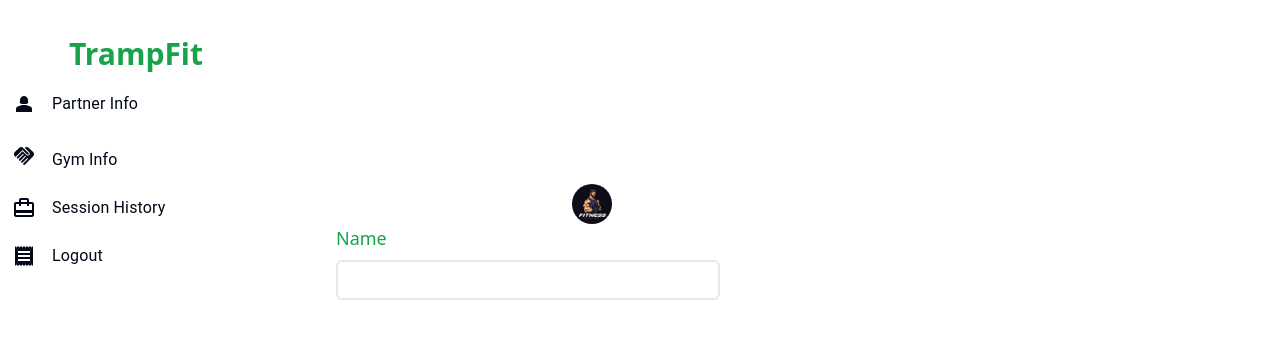
Repository: ezioxatul/TrampFit-Website
Page: /partner/partnerDashboard/gymInfo (app in Frontend/)
These files come from the project's save history. The page is drawn as it stood at one moment and after the next save; the edit follows.
The browser window is 1280 px wide. The pictures show the whole page.
The project was rebuilt for these pictures with package versions that can differ from the ones it lists, and the page was loaded fresh each time. The framework's server and built-in components were replaced by stand-ins that run in the browser. Also part of the build but not shown: Frontend/next.config.js, Frontend/next.config.mjs, Frontend/components/Loader.js, Frontend/components/Popup.js.

Above is the page before, as saved 2024-05-16 18:26:43.

### Frontend/pages/_app.js
import Loader from "@/components/Loader";
import "@/styles/globals.css";
import { useRouter } from "next/router";
import { useEffect, useState } from "react";


const Loading = () => {

  return (
    <Loader/>
  );
}

export default function App({ Component, pageProps }) {

  const [loading, setLoading] = useState(false);
  const router = useRouter();

  useEffect(() => {
    const handleStart = () => setLoading(true);
    const handleComplete = () => setLoading(false);

    router.events.on('routeChangeStart', handleStart);
    router.events.on('routeChangeComplete', handleComplete);
    router.events.on('routeChangeError', handleComplete);

    return () => {
      router.events.off('routeChangeStart', handleStart);
      router.events.off('routeChangeComplete', handleComplete);
      router.events.off('routeChangeError', handleComplete);
    };
  }, []);

  return (
    <>
    <div className="h-2">
      {
        loading  &&
          <Loading />

      }
      </div>
          <Component {...pageProps} />

    </>
  );
}

### Frontend/pages/_document.js
import { Html, Head, Main, NextScript } from "next/document";

export default function Document() {
  return (
    <Html lang="en">
          <Head />
          <body>
            <Main />
            <NextScript />
          </body>
        </Html>
        );
}

### Frontend/pages/partner/partnerDashboard/gymInfo.js
import PartnerSideBar from "@/components/PartnerSideBar";
import { Input } from "@/components/ui/input";
import { Avatar } from "@mui/material";
import { Label } from "@/components/ui/label";

export default function gymInfo() {
    const inputClassName = "w-96 text-lg border-2";
    const labelClassName = "text-lg text-green-600 font-normal";
    const containerClassName = "ml-80";
  return (
    <>
      <div className="flex">
        <PartnerSideBar />
        <div className="mt-32 ml-16">
        <Avatar className="w-36 mx-auto mt-12 h-36 text-6xl bg-black" src="/gymname.png" />
        <div className="mr-32 space-y-2">
          <Label htmlFor="name" className={labelClassName}>
            Name
          </Label>
          <Input type="text" className={inputClassName} />
        </div>
      </div>
      </div>
    </>
  );
}

### Frontend/styles/globals.css
@tailwind base;
@tailwind components;
@tailwind utilities;


@layer base {
  :root {
    --background: 0 0% 100%;
    --foreground: 222.2 84% 4.9%;

    --card: 0 0% 100%;
    --card-foreground: 222.2 84% 4.9%;

    --popover: 0 0% 100%;
    --popover-foreground: 222.2 84% 4.9%;

    --primary: 222.2 47.4% 11.2%;
    --primary-foreground: 210 40% 98%;

    --secondary: 210 40% 96.1%;
    --secondary-foreground: 222.2 47.4% 11.2%;

    --muted: 210 40% 96.1%;
    --muted-foreground: 215.4 16.3% 46.9%;

    --accent: 210 40% 96.1%;
    --accent-foreground: 222.2 47.4% 11.2%;

    --destructive: 0 84.2% 60.2%;
    --destructive-foreground: 210 40% 98%;

    --border: 214.3 31.8% 91.4%;
    --input: 214.3 31.8% 91.4%;
    --ring: 222.2 84% 4.9%;

    --radius: 0.5rem;
  }

  .dark {
    --background: 222.2 84% 4.9%;
    --foreground: 210 40% 98%;

    --card: 222.2 84% 4.9%;
    --card-foreground: 210 40% 98%;

    --popover: 222.2 84% 4.9%;
    --popover-foreground: 210 40% 98%;

    --primary: 210 40% 98%;
    --primary-foreground: 222.2 47.4% 11.2%;

    --secondary: 217.2 32.6% 17.5%;
    --secondary-foreground: 210 40% 98%;

    --muted: 217.2 32.6% 17.5%;
    --muted-foreground: 215 20.2% 65.1%;

    --accent: 217.2 32.6% 17.5%;
    --accent-foreground: 210 40% 98%;

    --destructive: 0 62.8% 30.6%;
    --destructive-foreground: 210 40% 98%;

    --border: 217.2 32.6% 17.5%;
    --input: 217.2 32.6% 17.5%;
    --ring: 212.7 26.8% 83.9%;
  }
}

@layer base {
  * {
    @apply border-border;
  }
  body {
    @apply bg-background text-foreground;
  }
}


.outline_remove:focus{


}
.focus-visible\:ring-offset-2:focus-visible{
  border:none !important;
  outline: none !important;
  border-style: none;
}

### Frontend/components/PartnerSideBar.js
import List from '@mui/material/List';
import ListItemButton from '@mui/material/ListItemButton';
import ListItemText from '@mui/material/ListItemText';
import Person2Icon from '@mui/icons-material/Person2';
import HandshakeIcon from '@mui/icons-material/Handshake';
import CardTravelIcon from '@mui/icons-material/CardTravel';
import ReceiptIcon from '@mui/icons-material/Receipt';
import LogoutIcon from '@mui/icons-material/Logout';

import { useState } from 'react';
import Link from 'next/link';
import Popup from './Popup';
import { useRouter } from 'next/router';

export default function PartnerSideBar() {

    let SideBarHeading = ['Partner Info', 'Gym Info', 'Session History', 'Logout'];

    let router = useRouter();
    let [start, setStart] = useState(false);

    const logout = () => {
        setStart(!start);
    }


    const logoutEvent = () => {
        localStorage.removeItem('partnerToken');
        setStart(false);
        router.push('/partner/partnerLogin')
    }
    return (
        <>
            <div className=" w-72  m-[-8px] p-1  mb-10">
                <Link href="#"><h1 className=' text-green-600 text-3xl font-semibold text-center mt-8 cursor-pointer'>TrampFit</h1></Link>

                <List className='bg-white mt-8 ml-6 space-y-2'>
                    {
                        SideBarHeading.map((text, index) => {
                            return (
                                index === 1 ?
                                    <>

                                        <ListItemButton className=' space-x-4 flex justify-between hover:bg-green-100 hover:rounded-2xl hover:text-green-600'>
                                            <Link href="/partner/partnerDashboard/gymInfo" className='flex space-x-4 '>
                                                <HandshakeIcon className='text-2xl' />
                                                <ListItemText primary={text} />
                                            </Link>
                                        </ListItemButton>

                                    </> :
                                    index === 0 ?
                                        <Link href="/partner/partnerDashboard/partnerInfo">
                                            <ListItemButton className=' space-x-4 hover:bg-green-100 hover:rounded-2xl hover:text-green-600'>
                                                <Person2Icon className='text-2xl' />
                                                <ListItemText primary={text} />
                                            </ListItemButton>
                                        </Link> :
                                        index === 2 ?
                                            <Link href="#">
                                                <ListItemButton className=' space-x-4 hover:bg-green-100 hover:rounded-2xl hover:text-green-600'>
                                                    <CardTravelIcon className='text-2xl' />
                                                    <ListItemText primary={text} />
                                                </ListItemButton>
                                            </Link> :
                                            index === 3 ?
                                                <Link href="#">
                                                    <ListItemButton className=' space-x-4 hover:bg-green-100 hover:rounded-2xl hover:text-green-600'>
                                                        <ReceiptIcon className='text-2xl' />
                                                        <ListItemText primary={text} />
                                                    </ListItemButton>
                                                </Link> :
                                                <ListItemButton className=' space-x-4 hover:bg-green-100 hover:rounded-2xl hover:text-green-600' onClick={logout}>
                                                    <LogoutIcon className='text-2xl' />
                                                    <ListItemText primary={text} />
                                                    <Popup open={start} title={"Do you Really want to Logout?"} cancel="Cancel" logout="Logout" logoutEvent={logoutEvent} cancelEvent={logout} />
                                                </ListItemButton>
                            )
                        })
                    }
                </List>
            </div>
        </>
    );
}

### Frontend/tailwind.config.js
/** @type {import('tailwindcss').Config} */
module.exports = {
  darkMode: ["class"],
  content: [
    './pages/**/*.{js,jsx}',
    './components/**/*.{js,jsx}',
    './app/**/*.{js,jsx}',
    './src/**/*.{js,jsx}',
  ],
  prefix: "",
  theme: {
    container: {
      center: true,
      padding: "2rem",
      screens: {
        "2xl": "1400px",
      },
    },
    extend: {fontFamily: {
      play: ["Play", "sans-serif"],
    },
      colors: {
        border: "hsl(var(--border))",
        input: "hsl(var(--input))",
        ring: "hsl(var(--ring))",
        background: "hsl(var(--background))",
        foreground: "hsl(var(--foreground))",
        primary: {
          DEFAULT: "hsl(var(--primary))",
          foreground: "hsl(var(--primary-foreground))",
        },
        secondary: {
          DEFAULT: "hsl(var(--secondary))",
          foreground: "hsl(var(--secondary-foreground))",
        },
        destructive: {
          DEFAULT: "hsl(var(--destructive))",
          foreground: "hsl(var(--destructive-foreground))",
        },
        muted: {
          DEFAULT: "hsl(var(--muted))",
          foreground: "hsl(var(--muted-foreground))",
        },
        accent: {
          DEFAULT: "hsl(var(--accent))",
          foreground: "hsl(var(--accent-foreground))",
        },
        popover: {
          DEFAULT: "hsl(var(--popover))",
          foreground: "hsl(var(--popover-foreground))",
        },
        card: {
          DEFAULT: "hsl(var(--card))",
          foreground: "hsl(var(--card-foreground))",
        },
      },
      borderRadius: {
        lg: "var(--radius)",
        md: "calc(var(--radius) - 2px)",
        sm: "calc(var(--radius) - 4px)",
      },
      keyframes: {
        "accordion-down": {
          from: { height: "0" },
          to: { height: "var(--radix-accordion-content-height)" },
        },
        "accordion-up": {
          from: { height: "var(--radix-accordion-content-height)" },
          to: { height: "0" },
        },
      },
      animation: {
        "accordion-down": "accordion-down 0.2s ease-out",
        "accordion-up": "accordion-up 0.2s ease-out",
      },
    },
  },
  plugins: [require("tailwindcss-animate")],
}

Loaded but not shown: Frontend/components/ui/input.jsx (common file); Frontend/components/ui/label.jsx (common file); Frontend/lib/utils.js (common file)

After the next save:
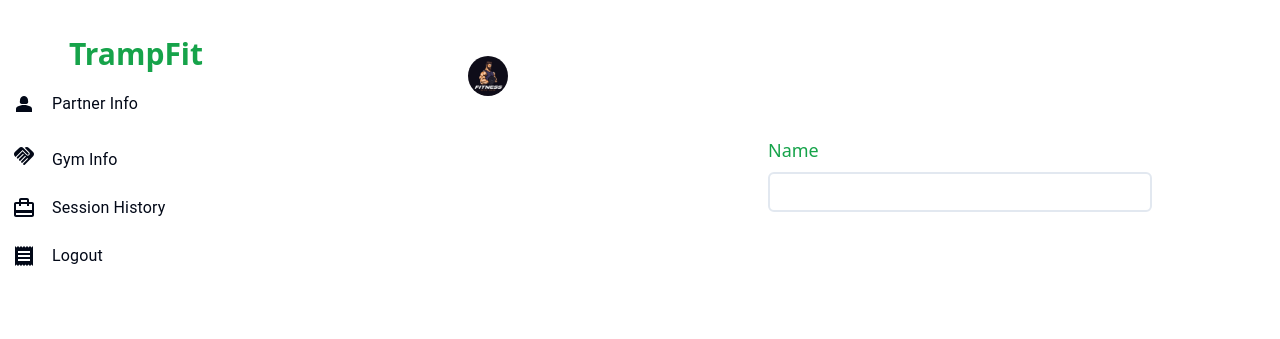
Saved 53 s later.
--- a/Frontend/pages/partner/partnerDashboard/gymInfo.js
+++ b/Frontend/pages/partner/partnerDashboard/gymInfo.js
@@ -11,8 +11,9 @@
     <>
       <div className="flex">
         <PartnerSideBar />
+        <Avatar className="w-36 mx-auto mt-12 h-36 text-6xl bg-black" src="/gymname.png" />
         <div className="mt-32 ml-16">
-        <Avatar className="w-36 mx-auto mt-12 h-36 text-6xl bg-black" src="/gymname.png" />
+
         <div className="mr-32 space-y-2">
           <Label htmlFor="name" className={labelClassName}>
             Name

After the save that followed:
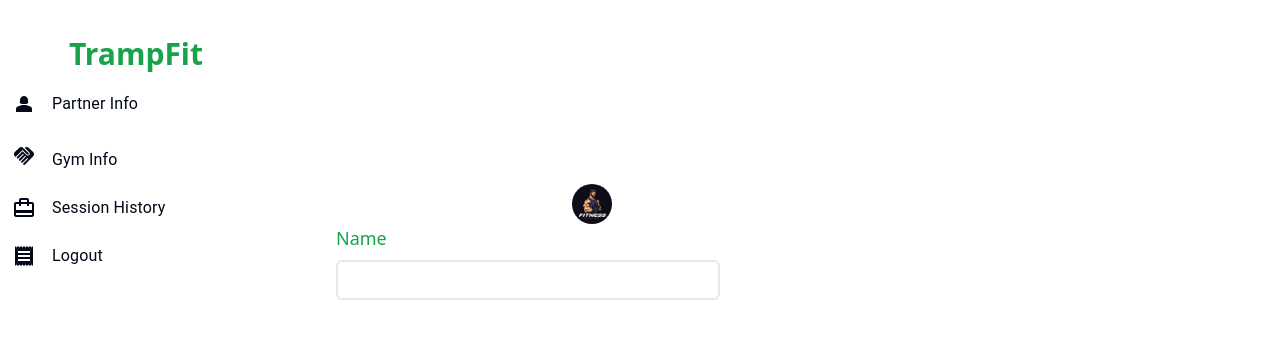
Saved 9 s later.
--- a/Frontend/pages/partner/partnerDashboard/gymInfo.js
+++ b/Frontend/pages/partner/partnerDashboard/gymInfo.js
@@ -11,9 +11,8 @@
     <>
       <div className="flex">
         <PartnerSideBar />
+        <div className="mt-32 ml-16">
         <Avatar className="w-36 mx-auto mt-12 h-36 text-6xl bg-black" src="/gymname.png" />
-        <div className="mt-32 ml-16">
-
         <div className="mr-32 space-y-2">
           <Label htmlFor="name" className={labelClassName}>
             Name
